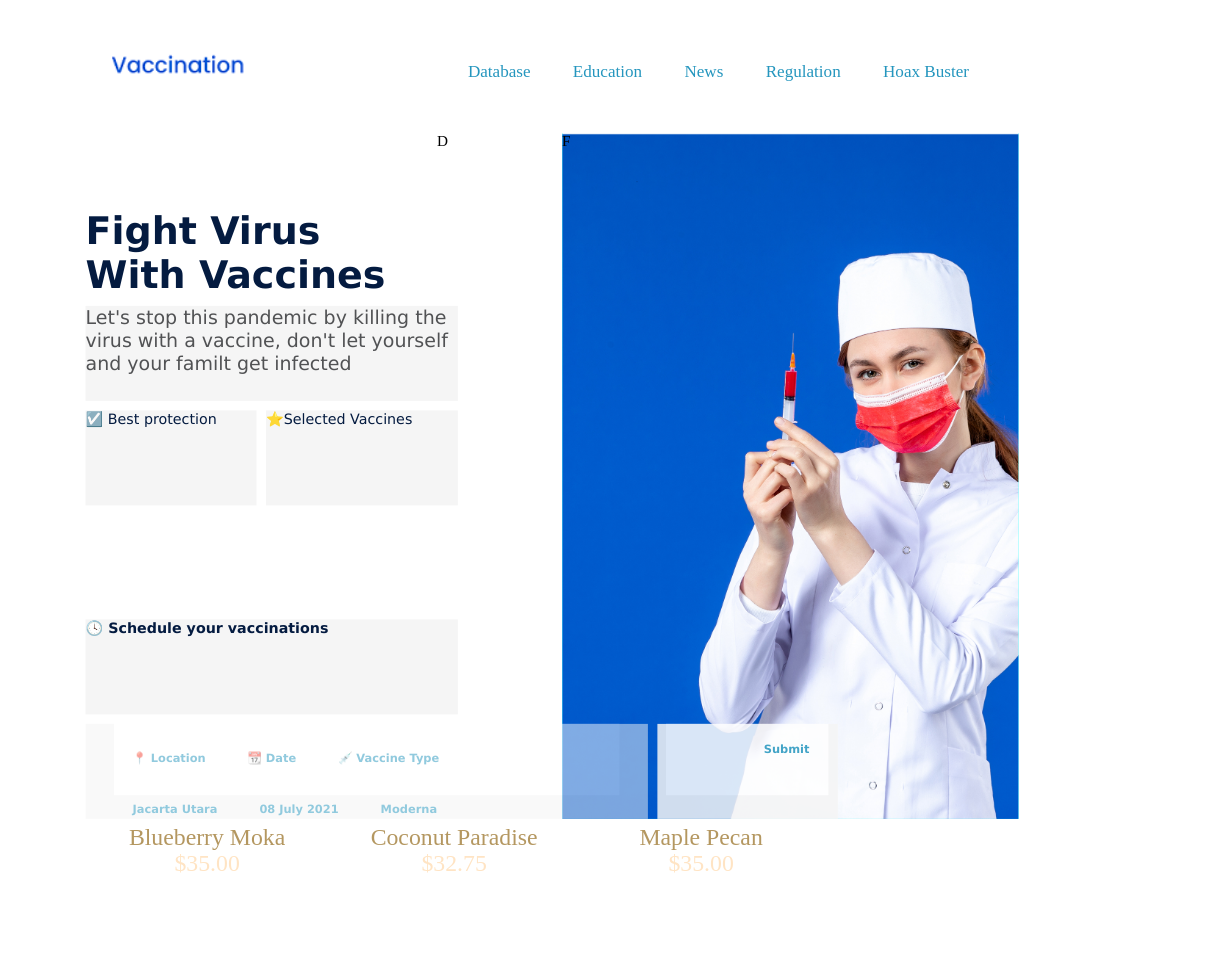
Repository: roge64/cssfrontend
Page: index.html
The author's editor kept a copy of each file at every save. The page is drawn from the files as they stood at one save, then again after the next save.
The browser window is 1280 px wide. The pictures show the part of the page from y = 0 to 1022 px (the page is 2338 px tall), at 95% of full size.
A picture or video elsewhere on the page could not be fetched, so the positions and the page height are approximate.

Above is the page before, as saved 2022-03-10 18:13:20.

### index.html
<!DOCTYPE html>
<html lang="en">

<head>
    <meta charset="UTF-8">
    <meta http-equiv="X-UA-Compatible" content="IE=edge">
    <meta name="viewport" content="width=device-width, initial-scale=1.0">
    <title>3 Cakes</title>
    <link rel="stylesheet" href="estilos/estilos.css">


</head>

<body>

    <section id="container">

        <header>
            <!--             <p style="color:#b49760"> Only 3 cakes for 3 months, and then we change all! </p> -->

        </header>

    <section id="banner">

        <article id="banner1">

        </article>

        <article id="banner2">
            <ul class="menu">
                <li><a href="#home"></a>Database</li>
                <li><a href="#cakes"></a>Education</li>
                <li><a href="#decor"></a>News</li>
                <li><a href="#order"></a>Regulation</li>
                <li><a href="#admin"></a>Hoax Buster</li>
                <!-- <li><a href="#void"></a>   </li> -->
            </ul>
        </article>

    </section>


<!--     <section id="tienda">
        <article id="cake1"> </article>
        <article id="cake2"> </article>
        <div class="wrapper">
            <div class="box e">E</div>
            <div class="box f">F</div>
            <div class="box g">G</div>
            <div class="box h">H</div>
        </div>
    </section> -->

    <div class="wrapper">
        <div class="box d">D</div>
        <div class="box e" style="color:#041b40">Fight Virus With Vaccines</div>
        <div class="box f">F</div>
        <div class="box g" style="color:#515254"> Let's stop this pandemic by killing the virus with a vaccine, don't let yourself and your familt get infected</div>
        <div class="box h" style="color:#041b40">☑️ Best protection</div>
        <div class="box i" style="color:#041b40"> ⭐Selected Vaccines</div>
        <div class="box j" style="color:#041b40"> 🕓 Schedule your vaccinations</div>

        <article id="banner3">
            <ul class="menu">
                <li><a href="#home"></a>📍 Location</li>
                <li><a href="#cakes"></a>📆 Date</li>
                <li><a href="#decor"></a>💉 Vaccine Type</li>
                <li><a href="#decor"></a></li>
                <li><a href="#home"></a>Jacarta Utara</li>
                <li><a href="#cakes"></a>08 July 2021</li>
                <li><a href="#decor"></a>Moderna</li>
            </ul>
        </article>
        <article id="banner4">
            <ul class="menu">
                <li><a href="#home"></a>Submit</li>
            </ul>
        </article>
    </div>

    <section id="names">
        <article id="name1">
            <p style="color:#b49760"> Blueberry Moka</p>
            <p style="color: bisque"> $35.00</p>
        </article>
        <article id="name2">
            <p style="color:#b49760"> Coconut Paradise</p>
            <p style="color: bisque"> $32.75</p>
        </article>
        <article id="name3">
            <p style="color:#b49760"> Maple Pecan</p>
            <p style="color: bisque"> $35.00</p>
        </article>
    </section>

    <section id="separador">


    </section>

    <section id="social">
        <article id="social1">
            <a href="#"><img src="img/instagram.png" alt="instagram"></a>
            <a href="#"><img src="img/facebook.png" alt="facebook"></a>
            <a href="#"><img src="img/youtube.png" alt="youtube"></a>
            <a href="#"><img src="img/twitter.png" alt="twitter"></a>
        </article>

        <article id="social2">
            <div id="lte_icons-2" class="widget widget_lte_icons">
                <h3 class="lte-header-widget " style="color:bisque"><span class="widget-icon"></span>Contact us
                </h3>
                <ul class="lte-social-icons-list">
                    <li>
                        <a href="#"><span class="lte-ic icon icon-phone-call"></span><span class="lte-header"
                                style="color:bisque">Phone:</span><span class="lte-txt" style="color:#b49760">+52
                                01-2345-6789<br> </span>
                        </a>
                    </li>
                    <li>
                        <a href="#"><span class="lte-ic icon icon-location"></span><span class="lte-header"
                                style="color:bisque">Our location:</span><span class="lte-txt" style="color:#b49760">975
                                FrontEnd Ave, NA 105048, Unknown</span>
                        </a>
                    </li>
                    <li>
                        <a href="#"><span class="lte-ic icon icon-mail"></span><span class="lte-header"
                                style="color:bisque">Email:</span><span class="lte-txt"
                                style="color:#b49760">3cakes@3cakes.com</span>
                        </a>
                    </li>
                    <li>
                        <a href="#">
                            <span class="lte-ic icon icon-mail"></span>
                            <span class="lte-header" style="color:bisque">Hours:</span>
                            <span class="lte-txt" style="color:#b49760">Monday - Friday: 10:00 - 20:00</span>
                            <br>
                            <span class="lte-txt" style="color:#b49760">Saturday -Sunday: 10:00 - 14:00</span>
                        </a>
                    </li>
                </ul>
            </div>

        </article>
    </section>


    <footer>
        <p style="color:#b49760"> Copyright &copy; 2021-<script>
                document.write(new Date().getFullYear())
            </script> Rogelio Valdés All Rights Reserved</p>
        <article id="footer1"></article>
    </footer>

    </section>

</body>

</html>

### estilos/estilos.css
*{
    border: 0 ;
    margin: 0 ;
    padding: 0;
/*     text-decoration: none; */
}

body{
/*     font-family: Geneva; */
    background-color: rgb(0, 0, 0);
    width:1100px;
    margin-left:auto;
    margin-right:auto;

    background-color:white;
/* background-image:
radial-gradient(circle at 100% 150%, black 24%, #101010 24%, #101010 28%, black 28%, black 36%, #101010 36%, #101010 40%, transparent 40%, transparent),
radial-gradient(circle at 0    150%, black 24%, #101010 24%, #101010 28%, black 28%, black 35%, #101010 36%, #101010 40%, transparent 40%, transparent),
radial-gradient(circle at 50%  100%, #101010 10%, black 10%, black 23%, #101010 23%, #101010 30%, black 30%, black 43%, #101010 43%, #101010 50%, black 50%, black 63%, #101010 63%, #101010 71%, transparent 71%, transparent),
radial-gradient(circle at 100% 50%, #101010 5%, black 5%, black 15%, #101010 15%, #101010 20%, black 20%, black 29%, #101010 29%, #101010 34%, black 34%, black 44%, #101010 44%, #101010 49%, transparent 49%, transparent),
radial-gradient(circle at 0    50%, #101010 5%, black 5%, black 15%, #101010 15%, #101010 20%, black 20%, black 29%, #101010 29%, #101010 34%, black 34%, black 44%, #101010 44%, #101010 48%, transparent 49%, transparent);
background-size: 50px 31px;
 */
}

.menu{
    list-style: none;
    padding: 0;
    background: white;
    width: 90%;
    height: 75px;
    max-width: 900px;
    margin: auto;
}

.menu li{
    text-decoration: none;
    color: #2596be;
    padding: 20px;
    display: block;
}

.menu li{
    display: inline-block;
    text-align: right;
}

.menu li:hover{
    background: #2747c5;
}


#container, header, #banner, #noticias, #marcas, footer, #social1{
    /* background-color:rgb(255, 255, 255); */
    background-color:white;
/* background-image:
radial-gradient(circle at 100% 150%, black 24%, #101010 24%, #101010 28%, black 28%, black 36%, #101010 36%, #101010 40%, transparent 40%, transparent),
radial-gradient(circle at 0    150%, black 24%, #101010 24%, #101010 28%, black 28%, black 35%, #101010 36%, #101010 40%, transparent 40%, transparent),
radial-gradient(circle at 50%  100%, #101010 10%, black 10%, black 23%, #101010 23%, #101010 30%, black 30%, black 43%, #101010 43%, #101010 50%, black 50%, black 63%, #101010 63%, #101010 71%, transparent 71%, transparent),
radial-gradient(circle at 100% 50%, #101010 5%, black 5%, black 15%, #101010 15%, #101010 20%, black 20%, black 29%, #101010 29%, #101010 34%, black 34%, black 44%, #101010 44%, #101010 49%, transparent 49%, transparent),
radial-gradient(circle at 0    50%, #101010 5%, black 5%, black 15%, #101010 15%, #101010 20%, black 20%, black 29%, #101010 29%, #101010 34%, black 34%, black 44%, #101010 44%, #101010 48%, transparent 49%, transparent);
background-size: 50px 31px;
 */
    height: 1500px;
    width: 1100px;

}

header{
/*     background-color:antiquewhite;
 */
    height: 40px;
    text-align: center;
    font-size: x-large;

}

#banner{
    background-color:white;
/*     background-color:rgb(25, 25, 25); */
    width: 1100px;
    height: 100px;


}


#noticias{
/*     background-color: antiquewhite;
 */
    height: 200px;
}

#tienda #names{
/*     background-color: grey; */
/* background-color:black;
background-image:
radial-gradient(circle at 100% 150%, black 24%, #101010 24%, #101010 28%, black 28%, black 36%, #101010 36%, #101010 40%, transparent 40%, transparent),
radial-gradient(circle at 0    150%, black 24%, #101010 24%, #101010 28%, black 28%, black 35%, #101010 36%, #101010 40%, transparent 40%, transparent),
radial-gradient(circle at 50%  100%, #101010 10%, black 10%, black 23%, #101010 23%, #101010 30%, black 30%, black 43%, #101010 43%, #101010 50%, black 50%, black 63%, #101010 63%, #101010 71%, transparent 71%, transparent),
radial-gradient(circle at 100% 50%, #101010 5%, black 5%, black 15%, #101010 15%, #101010 20%, black 20%, black 29%, #101010 29%, #101010 34%, black 34%, black 44%, #101010 44%, #101010 49%, transparent 49%, transparent),
radial-gradient(circle at 0    50%, #101010 5%, black 5%, black 15%, #101010 15%, #101010 20%, black 20%, black 29%, #101010 29%, #101010 34%, black 34%, black 44%, #101010 44%, #101010 48%, transparent 49%, transparent);
background-size: 50px 31px; */

    height: 300px;
    width: 1000px;
    padding-left: 10px;
    padding-right: 10px;
    padding-top: 5px;
    text-align: center;
}

#marcas{
/*     background-color:rgb(58, 41, 18); */
    height: 205px;
}


footer{
    width: 800px;
/*     background-color:rgb(0, 0, 0); */
    text-align: center;
    height: 25px;
    padding-top: 7px;

}


#banner #banner1{
/*     background-color: rgb(180, 134, 73); */
    width: 170px;
    height: 50px;
    float: left;
    text-align: center;
/*     display: inline-block; */
    margin: 5px 5px;
    background-image: url("../img/logo1.png");
    background-repeat: no-repeat;
    background-size: cover;
}

#banner #banner2{
/*     background-color: rgb(180, 134, 73); */
    width: 750px;
    height: 100px;
    float: right;
/*     display: inline-block; */
    /* vertical-align: center;  */
    margin: 5px 5px;
    font-size: 18px;
}

#noticias #news1{
/*     background-color: rgb(41, 38, 34); */
    font-size: 50px;

    text-align: center;
    width: 790px;
    height: 200px;
    display: inline-block;
    vertical-align: center;
    margin: 5px 5px;

}


#tienda #cake1{
    background: rgb(109, 175, 33);
    width: 480px;
    height: 485px;
    display: inline-block;
    vertical-align: top;
    margin: 5px 8px;

}

#tienda #cake2{
    background: cornflowerblue;
    width: 450px;
    height: 585px;
    display: inline-block;
    vertical-align: top;
    margin: 5px 70px;
    background-image: url("../img/picx1.png");
    background-repeat: no-repeat;
    background-size: cover;
}

/* #tienda #cake3{
    background: rgb(175, 169, 112);
    width: 240px;
    height: 285px;
    display: inline-block;
    vertical-align: top;
    margin: 5px 5px;
} */

#names #name1{
    font-size: 25px;
    text-align: center;
    width: 240px;
    height: 60px;
    display: inline-block;
    vertical-align: top;
    margin: 5px 8px;
}

#names #name2{
    font-size: 25px;
    text-align: center;
    width: 240px;
    height: 60px;
    display: inline-block;
    vertical-align: top;
    margin: 5px 8px;
}

#names #name3{
    font-size: 25px;
    text-align: center;
    width: 240px;
    height: 60px;
    display: inline-block;
    vertical-align: top;
    margin: 5px 8px;
}

#social #social1{
    text-decoration: none;
/*     background: rgb(109, 175, 33); */
    width: 375px;
    height: 150px;
    display: inline-block;
    vertical-align: center;
    margin: 10px 12px;
}

#social #social2{
    text-decoration: none;
/*     background: rgb(109, 175, 33); */
    width: 375px;
    height: 150px;
    display: inline-block;
    vertical-align: center;
    margin: 10px 10px;
}

#social #social1 {
    color: rgb(175, 169, 112);


}

#separador {
        width: 800px;
        text-align: center;
        height: 100px;

}

.wrapper {
    display: grid;
    grid-template-columns: repeat(1, 1fr);
    gap: 10px;
    grid-auto-rows: minmax(100px, auto);
  }


  .e {
    grid-column: 1 / 38;
    grid-row: 1 / 2;
    margin-top: 80px;
    background-color:white;
    font-family:Verdana, Geneva, Tahoma, sans-serif;
    font-size: 40px;
    font-weight: 600;
    font-stretch: expanded;
  }
  .f {
    grid-column: 50 / 99;
    grid-row: 1 / 7;
    background-color:aqua;
    background-image: url("../img/picx1.png");
    background-repeat: no-repeat;
    background-size: cover;

  }
  .g {
    grid-column: 1 / 40;
    grid-row: 2 / 3;
    margin-top: 20;
    background-color:whitesmoke;
    font-family:Verdana, Geneva, Tahoma, sans-serif;
    font-size: 20px;
    font-weight: 500;
    font-stretch: expanded;
  }
  .h {
    grid-column: 1 / 20;
    grid-row: 3 / 3;
    background-color:whitesmoke;
    font-family:Verdana, Geneva, Tahoma, sans-serif;
    font-size: 15px;
    font-weight: 200;
    font-stretch: expanded;
  }
  .i {
    grid-column: 20 / 40;
    grid-row: 3 / 3;
    background-color:whitesmoke;
    font-family:Verdana, Geneva, Tahoma, sans-serif;
    font-size: 15px;
    font-weight: 200;
    font-stretch: expanded;
  }
  .j {
    grid-column: 1 / 40;
    grid-row: 5 / 5;
    background-color:whitesmoke;
    font-family:Verdana, Geneva, Tahoma, sans-serif;
    font-size: 15px;
    font-weight: 600;
    font-stretch: expanded;
  }
  .k {
    grid-column: 1 / 40;
    grid-row: 7 / 7;
    background-color:cyan;
    font-family:Verdana, Geneva, Tahoma, sans-serif;
    font-size: 20px;
    font-weight: 500;
    font-stretch: expanded;
  }

  #banner3 {
    grid-column: 1 / 60;
    grid-row: 6 / 6;
    background-color:whitesmoke;
    font-family:Verdana, Geneva, Tahoma, sans-serif;
    font-size: 12px;
    font-weight: 600;
    font-stretch: expanded;
    opacity: .5;
  }

  #banner4 {
    grid-column: 60 / 80;
    grid-row: 6 / 6;
    background-color:whitesmoke;
    font-family:Verdana, Geneva, Tahoma, sans-serif;
    font-size: 12px;
    font-weight: 600;
    font-stretch: expanded;
    text-align: right;
    opacity: .85;
  }

  .#banner4 :hover{
    background: #2747c5;
}

After the next save:
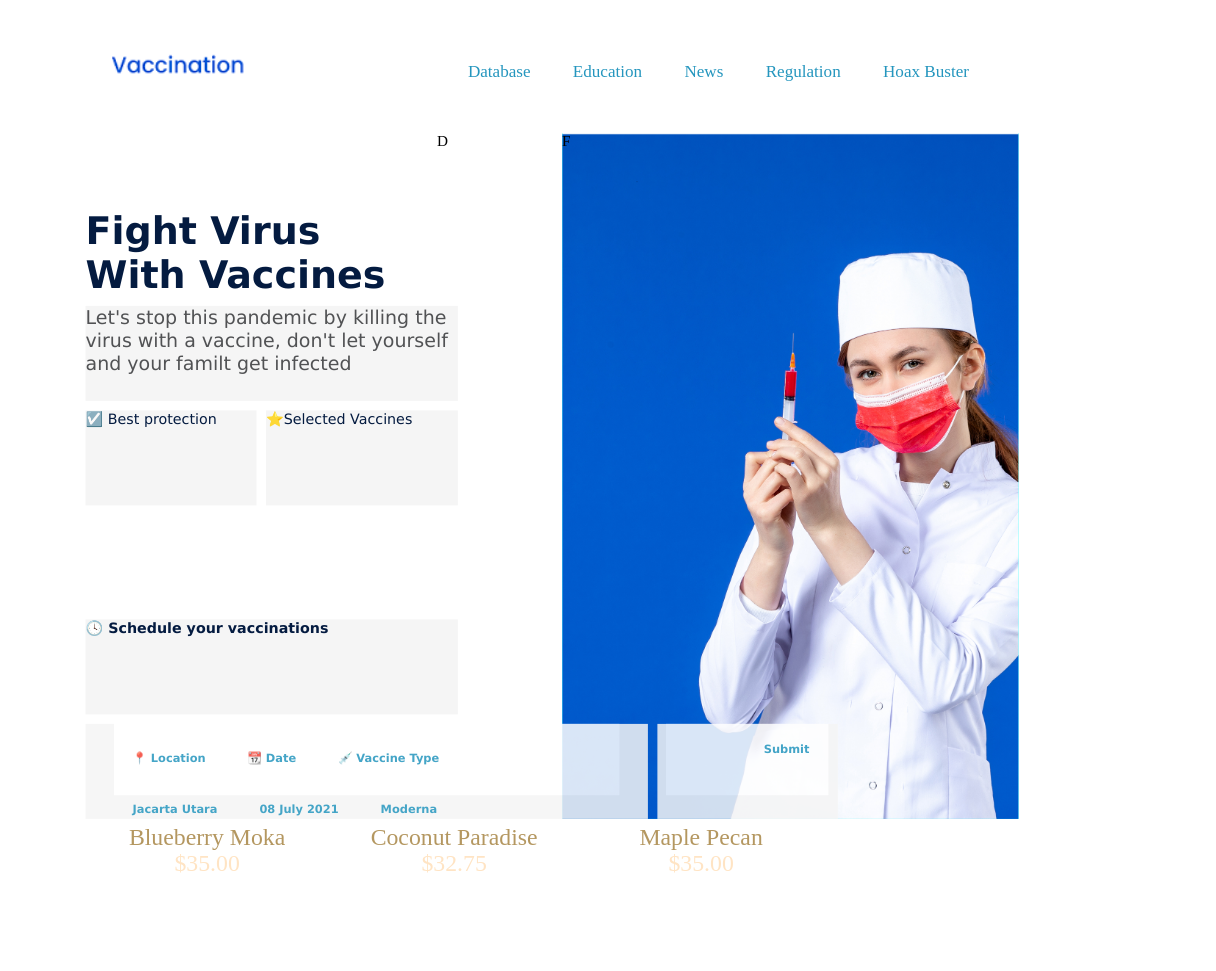
Saved 4 s later.
--- a/estilos/estilos.css
+++ b/estilos/estilos.css
@@ -340,7 +340,7 @@
     font-size: 12px;
     font-weight: 600;
     font-stretch: expanded;
-    opacity: .5;
+    opacity: .85;
   }
 
   #banner4 {
